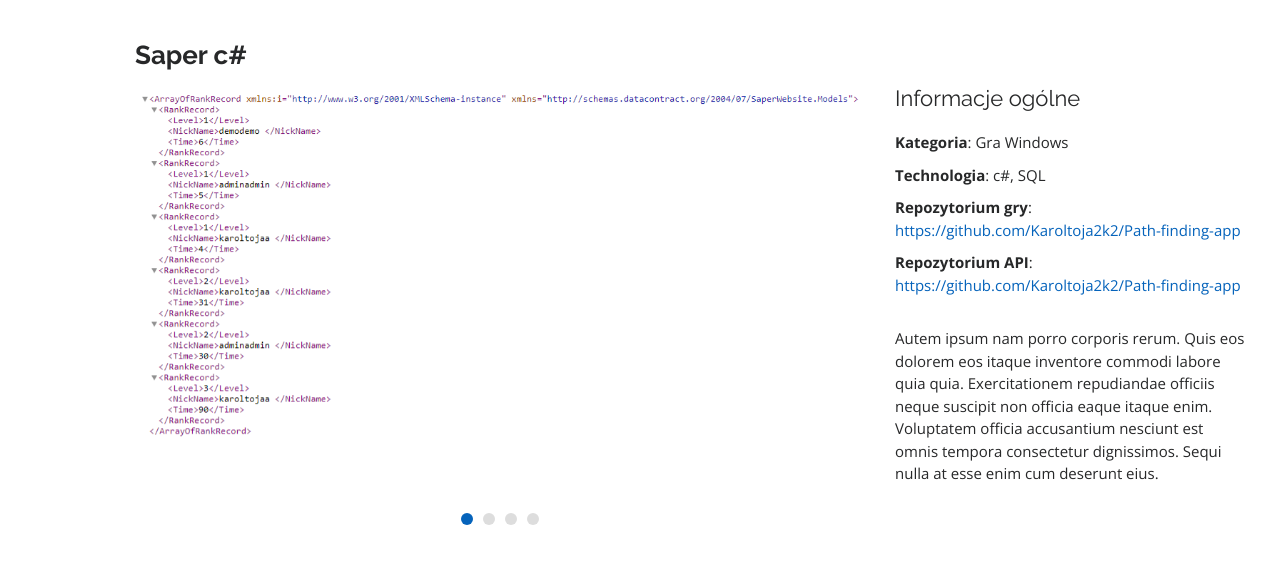
Repository: Karoltoja2k2/MyResume
Page: mineswepperC#-details.html
An editor plug-in stored every save of this project. The page is shown before and after the next save, followed by the edit.
The browser window is 1280 px wide. The pictures show the whole page.
Pictures or frames that could not be fetched are drawn as grey boxes.

Above is the page before, as saved 2020-06-21 14:44:33.

After the next save:
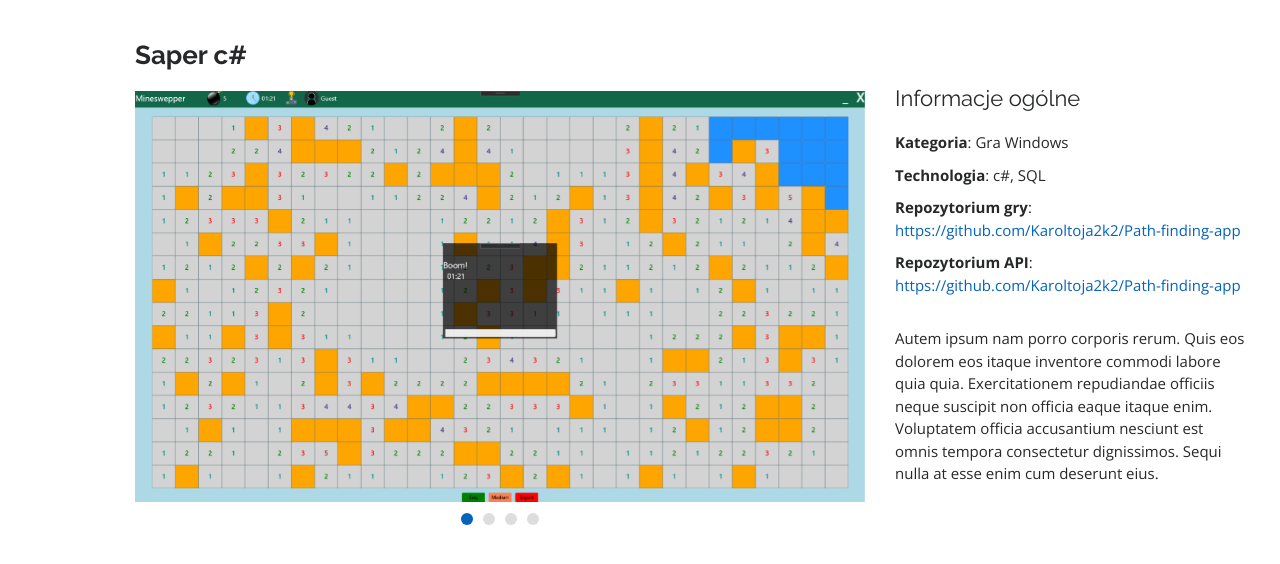
Saved 4 s later.
--- a/mineswepperC#-details.html
+++ b/mineswepperC#-details.html
@@ -48,10 +48,9 @@
           <div class="col-lg-8">
             <h2 class="portfolio-title">Saper c#</h2>
             <div class="owl-carousel portfolio-details-carousel">
+              <img src="assets/img/portfolio/saper4.png" class="img-fluid" alt="">
               <img src="assets/img/portfolio/saper3.png" class="img-fluid" alt="">
-              <img src="assets/img/portfolio/saper4.png" class="img-fluid" alt="">
               <img src="assets/img/portfolio/saper2.png" class="img-fluid" alt="">
-
               <iframe src="https://www.youtube.com/embed/YZn0eAxsK10" style="position: relative; width: 100%; height: 400px;" frameborder="0" allow="accelerometer; autoplay; encrypted-media; gyroscope; picture-in-picture" allowfullscreen></iframe>
             </div>
           </div>

After the 3 saves that followed:
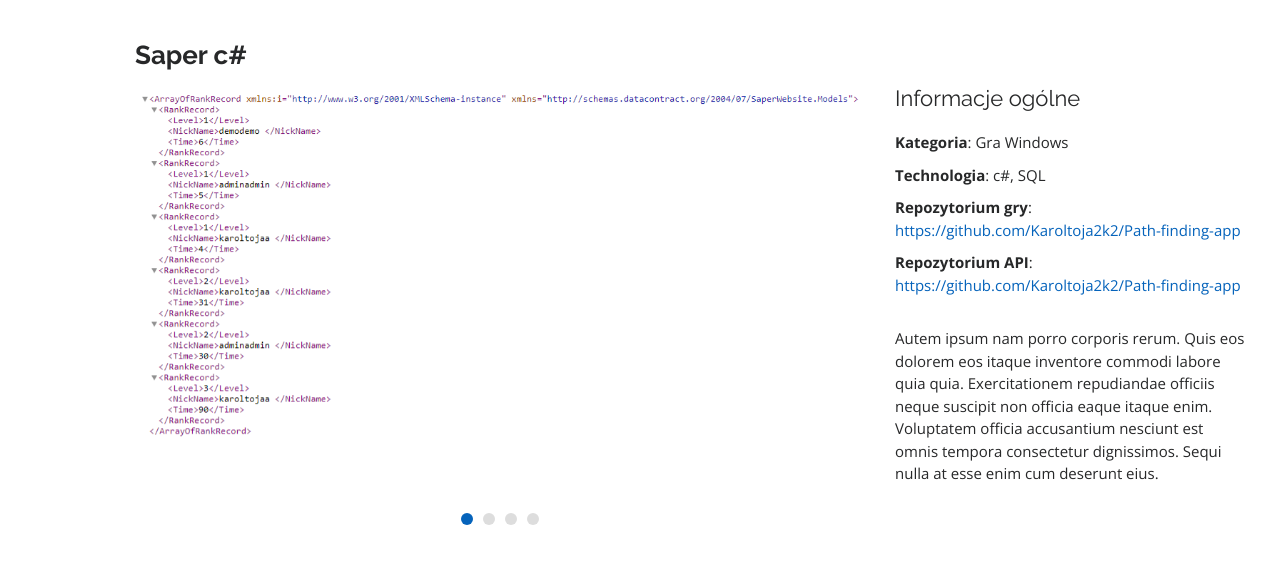
The 3 saves are shown as one change because they came seconds apart.
The last was saved 17 s later.
--- a/mineswepperC#-details.html
+++ b/mineswepperC#-details.html
@@ -48,9 +48,10 @@
           <div class="col-lg-8">
             <h2 class="portfolio-title">Saper c#</h2>
             <div class="owl-carousel portfolio-details-carousel">
-              <img src="assets/img/portfolio/saper4.png" class="img-fluid" alt="">
               <img src="assets/img/portfolio/saper3.png" class="img-fluid" alt="">
               <img src="assets/img/portfolio/saper2.png" class="img-fluid" alt="">
+              <img src="assets/img/portfolio/saper4.png" class="img-fluid" alt="">
+
               <iframe src="https://www.youtube.com/embed/YZn0eAxsK10" style="position: relative; width: 100%; height: 400px;" frameborder="0" allow="accelerometer; autoplay; encrypted-media; gyroscope; picture-in-picture" allowfullscreen></iframe>
             </div>
           </div>
